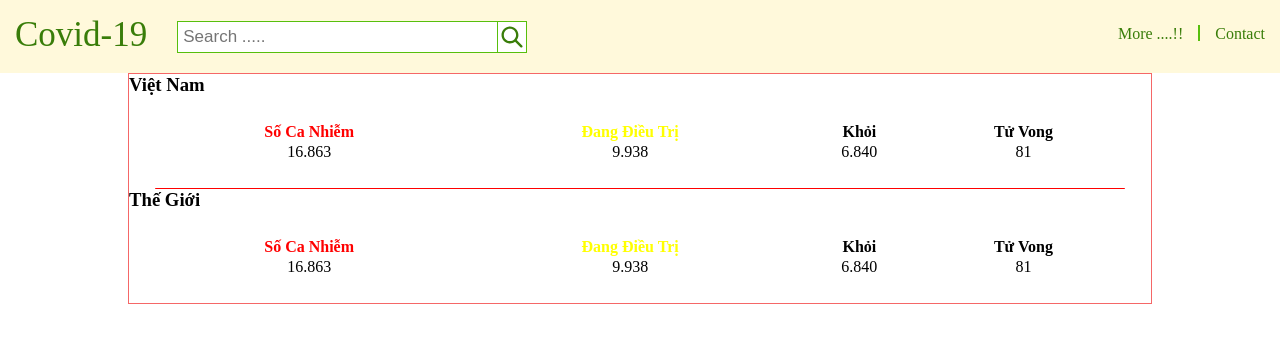
Repository: thuongton98/Covid
Page: html-css-js/index.html
An editor plug-in stored every save of this project. The page is shown before and after the next save, followed by the edit.
The browser window is 1280 px wide. The pictures show the whole page.

Above is the page before, as saved 2021-07-01 09:49:25.

After the next save:
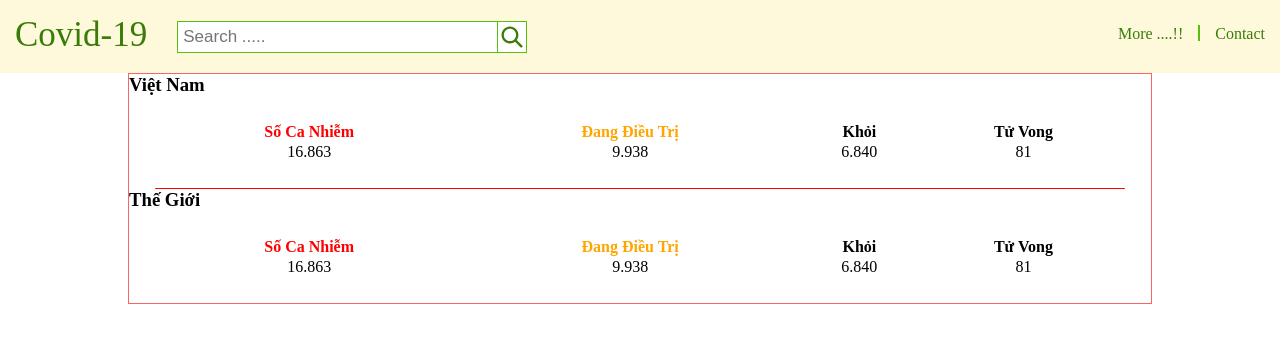
Saved 6 s later.
--- a/html-css-js/styles.css
+++ b/html-css-js/styles.css
@@ -123,5 +123,5 @@ nav .icon .icon-search svg:hover{
 }
 
 .case div table th:nth-child(2){
-    color: yellow;
+    color: orange;
 }
